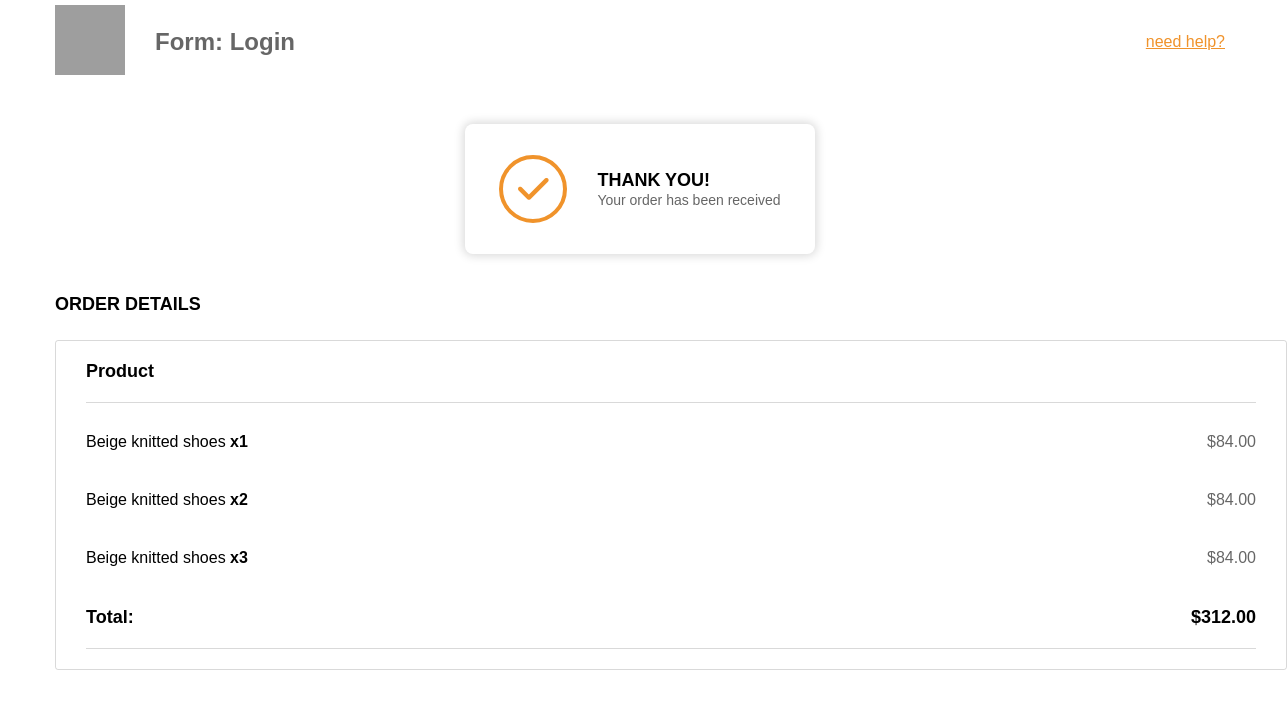
Repository: NguyenDucHung20002/project-homev1
Page: checkout/checkout.html
An editor plug-in stored every save of this project. The page is shown before and after the next save, followed by the edit.
The browser window is 1280 px wide. The page is 1287 px wide, so the pictures cover 1287 px, including what lies to the right of the window. The pictures show the whole page.
Pictures or frames that could not be fetched are drawn as grey boxes. The style sheet was rebuilt from its Sass, Less or Tailwind sources for each picture, by a compiler version that may differ from the author's.

Above is the page before, as saved 2022-09-20 10:24:34.

After the next save:
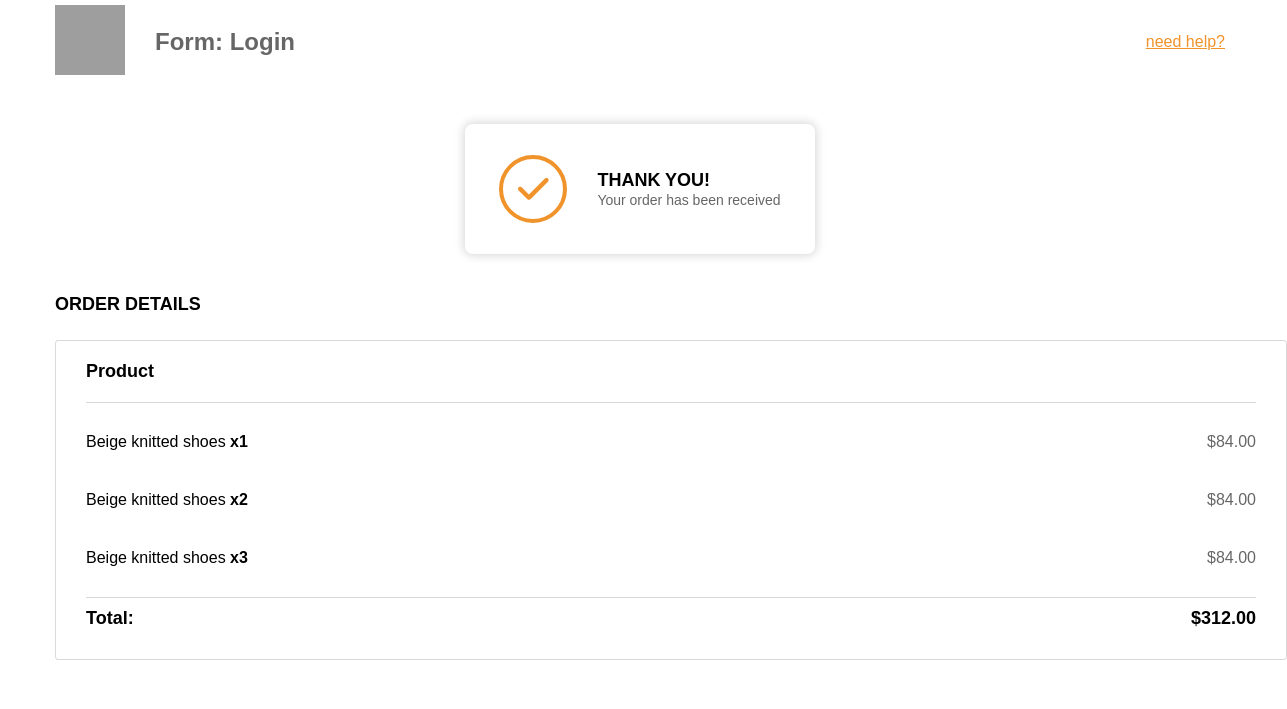
Saved 13 s later.
--- a/checkout/checkout.scss
+++ b/checkout/checkout.scss
@@ -118,8 +118,8 @@ header {
         display: flex;
         align-items: center;
         justify-content: space-between;
-        padding: 10px 0px 20px;
-        border-bottom: 0.5px solid rgba(0, 0, 0, 0.15);
+        padding: 10px 0px 10px;
+        border-top: 0.5px solid rgba(0, 0, 0, 0.15);
         font-weight: bold;
         color: black;
         font-size: 18px;
